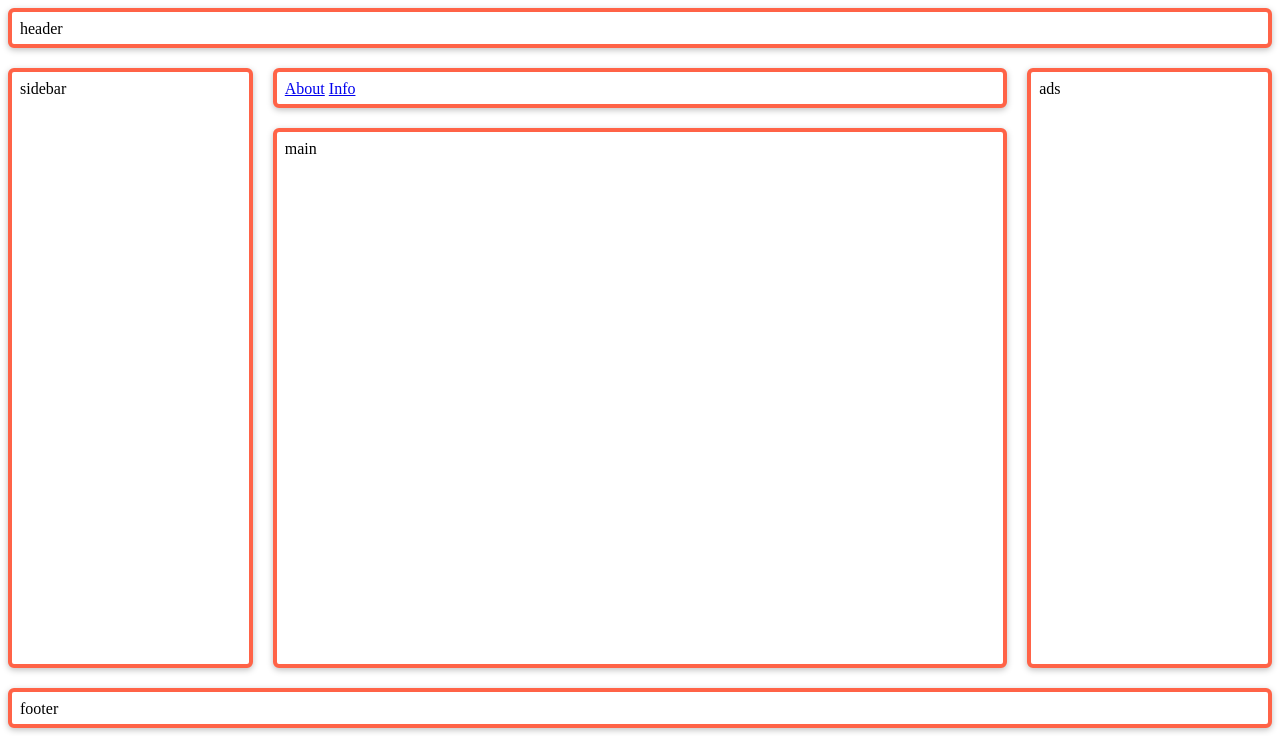
Repository: cokoduwa/css-layouts
Page: grid-exercises/03-page-layout/practice.html
These files come from the project's save history. The page is drawn as it stood at one moment and after the next save; the edit follows.
The browser window is 1280 px wide. The pictures show the whole page.

Above is the page before, as saved 2022-10-03 19:58:12.

### grid-exercises/03-page-layout/practice.html
<!DOCTYPE html>
<html lang="en">
  <head>
    <meta charset="UTF-8" />
    <meta name="viewport" content="width=device-width, initial-scale=1.0" />
    <title>Grid, devchallenge.io - Task 3.1</title>

    <link rel="stylesheet" href="style.css" />
  </head>
  <body>
    <div class="container">

      <div class="item header">header</div>

      <div class="item navigation">
        <a href="#">About</a>
        <a href="#">Info</a></div>

      <div class="item main">main</div>

      <div class="item sidebar">sidebar</div>

      <div class="item ads">ads</div>

      <div class="item footer">footer</div>

    </div>
  </body>
</html>

### grid-exercises/03-page-layout/style.css
.item {
  padding: 8px;
  background-color: white;
  border: 4px solid tomato;
  border-radius: 6px;
  box-shadow: 0px 2px 6px rgba(0, 0, 0, 0.25);
}

.container {
  display: grid;
  grid-template-columns: 1fr 3fr 1fr;
  /*grid-template-columns : 1fr 1fr 1fr*/
  grid-template-rows: 40px 40px auto 40px;
  row-gap: 20px;
  column-gap: 20px;
  min-height: 100vh;
}

.header {
  grid-column-start: 1;
  grid-column-end: 4;
  grid-row-start: 1;
}

.navigation {
  grid-column-start: 2;
}

.main {
  grid-column-start: 2;
}

.sidebar {
  grid-column-start: 1;
  grid-row-start: 2;
  grid-row-end: 4;
}

.ads {
  grid-column-start: 3;
  grid-row-start: 2;
  grid-row-end: 4;
}

.footer {
  grid-column-start: 1;
  grid-column-end: 4;
}

After the next save:
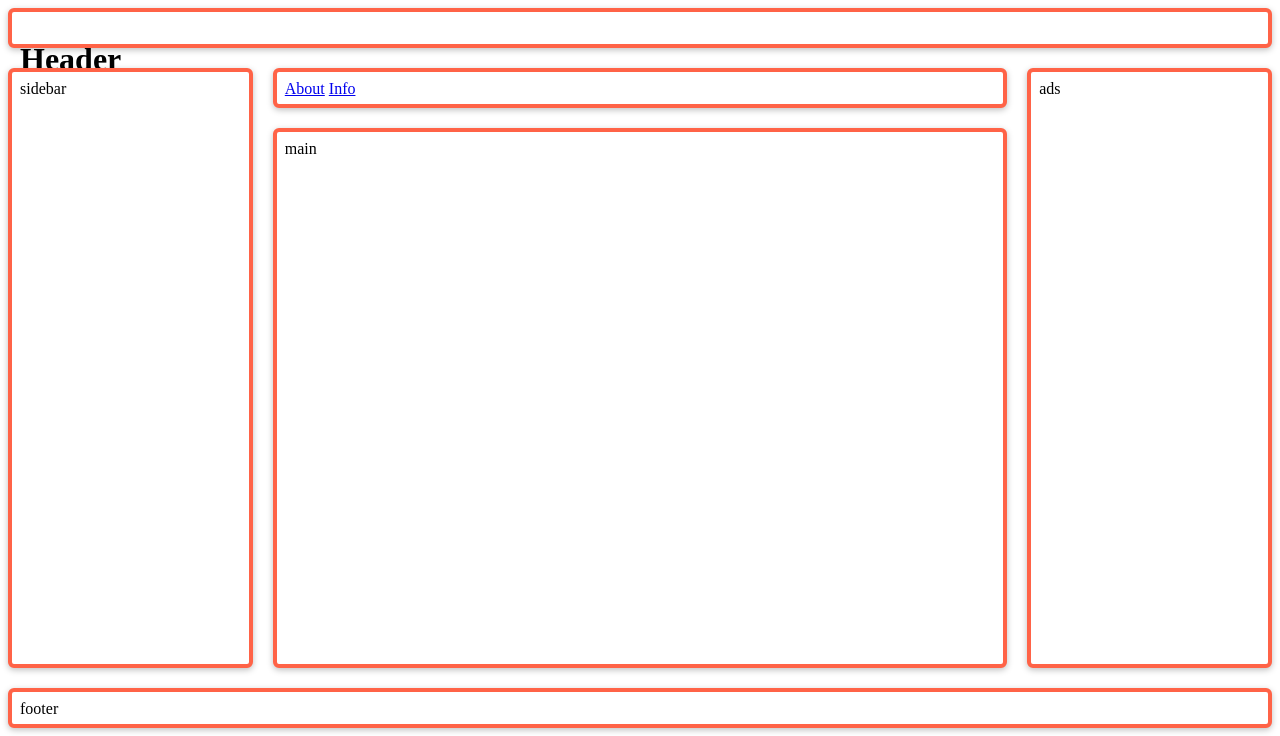
Saved 2 h 15 min later.
--- a/grid-exercises/03-page-layout/practice.html
+++ b/grid-exercises/03-page-layout/practice.html
@@ -10,11 +10,14 @@
   <body>
     <div class="container">
 
-      <div class="item header">header</div>
+      <div class="item header">
+        <h1>Header</h1>
+      </div>
 
       <div class="item navigation">
         <a href="#">About</a>
-        <a href="#">Info</a></div>
+        <a href="#">Info</a>
+      </div>
 
       <div class="item main">main</div>
 
